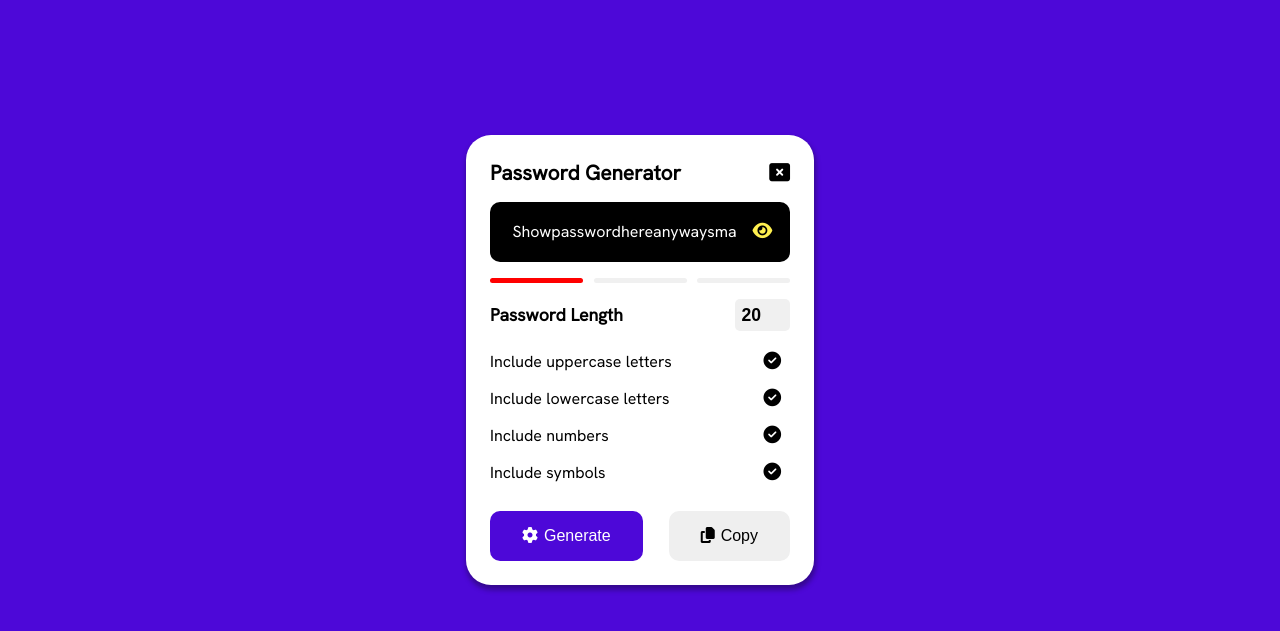
Repository: emiliaiwu/password_generator
Page: index.html
The author's editor kept a copy of each file at every save. The page is drawn from the files as they stood at one save, then again after the next save.
The browser window is 1280 px wide. The pictures show the whole page.
Some web libraries are served in a nearby version.

Above is the page before, as saved 2022-12-15 20:11:27.

After the next save:
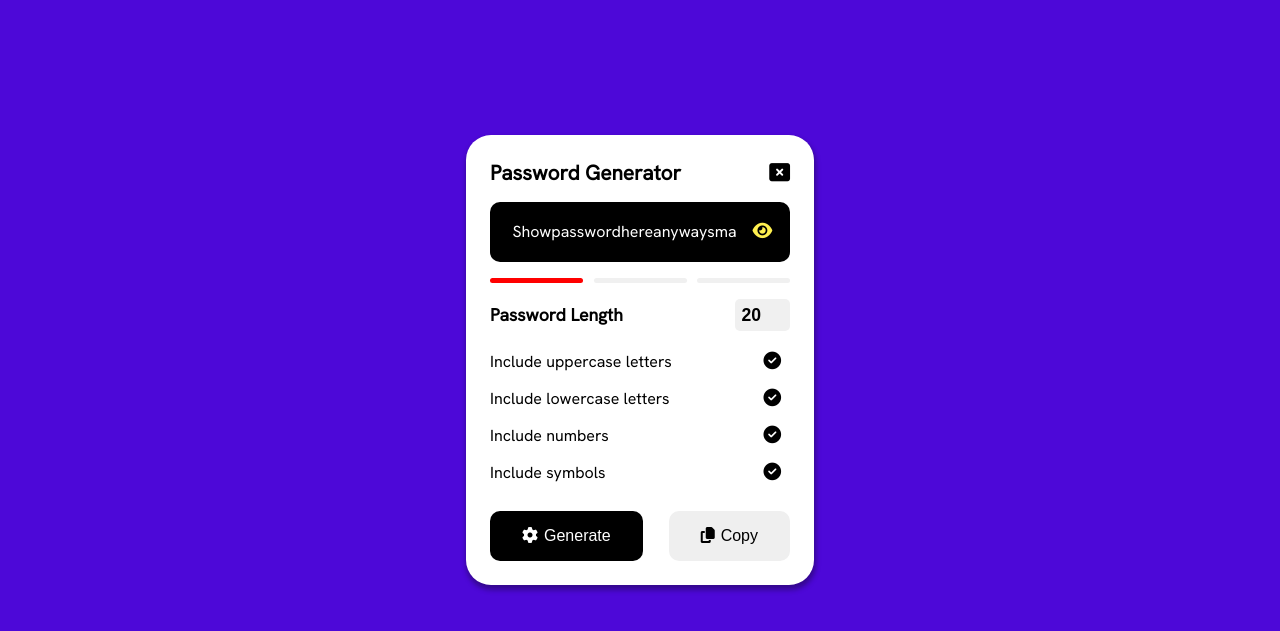
Saved 4 s later.
--- a/style.css
+++ b/style.css
@@ -214,7 +214,7 @@ label {
 }
 
 .generate {
-    background-color: var(--BG-COLOR3);
+    background-color: var(--BG-COLOR2);
     color: var(--FONT-COLOR2);
 }
 
